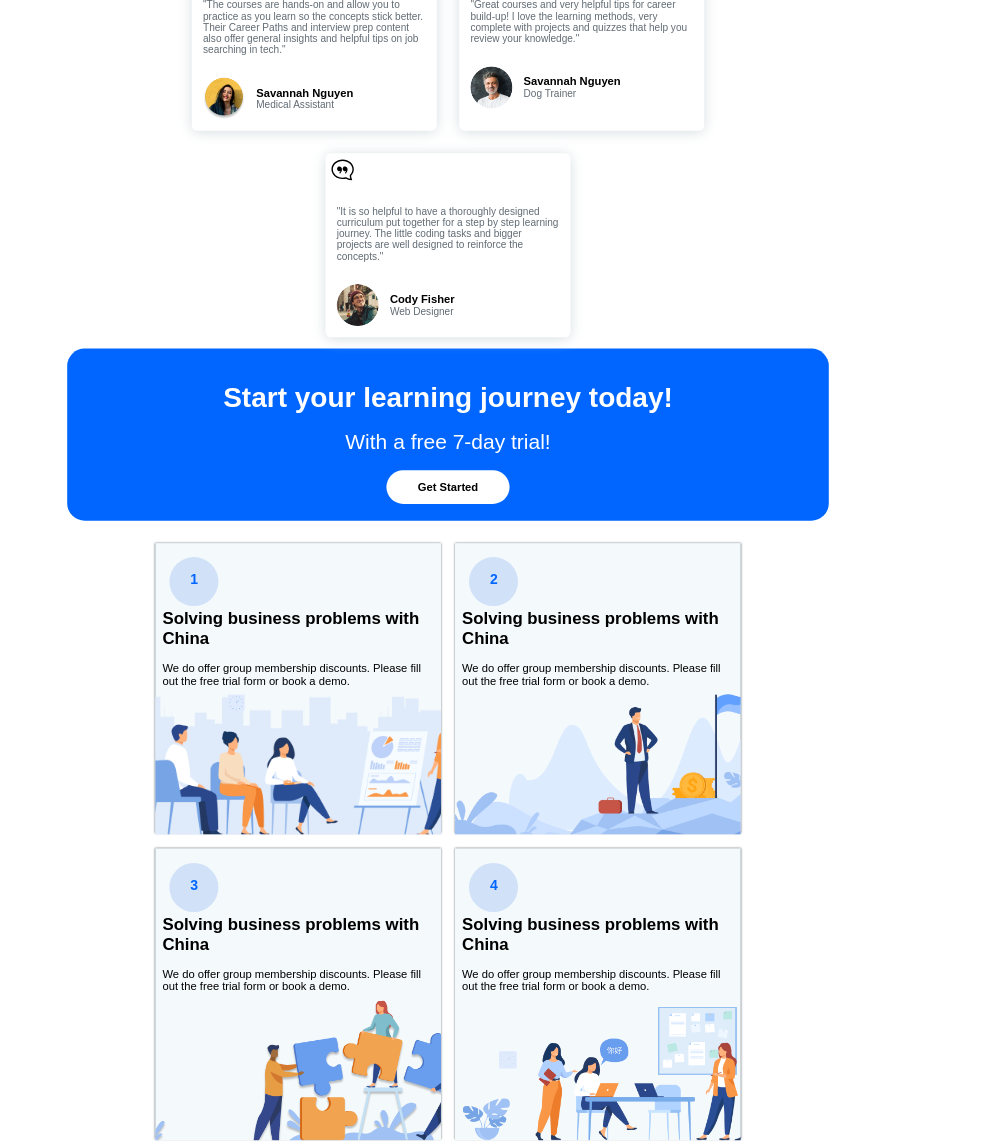
Repository: BinhIT/ChineseLearn
Page: index.html
The author's editor kept a copy of each file at every save. The page is drawn from the files as they stood at one save, then again after the next save.
The browser window is 1280 px wide. The page is 1436 px wide, so the pictures cover 1436 px, including what lies to the right of the window. The pictures show the part of the page from y = 2097 to 3817 px (the page is 3736 px tall before and 3817 px after), at 70% of full size.

Above is the page before, as saved 2023-03-02 07:52:27.
Console error: ReferenceError: $ is not defined

After the next save:
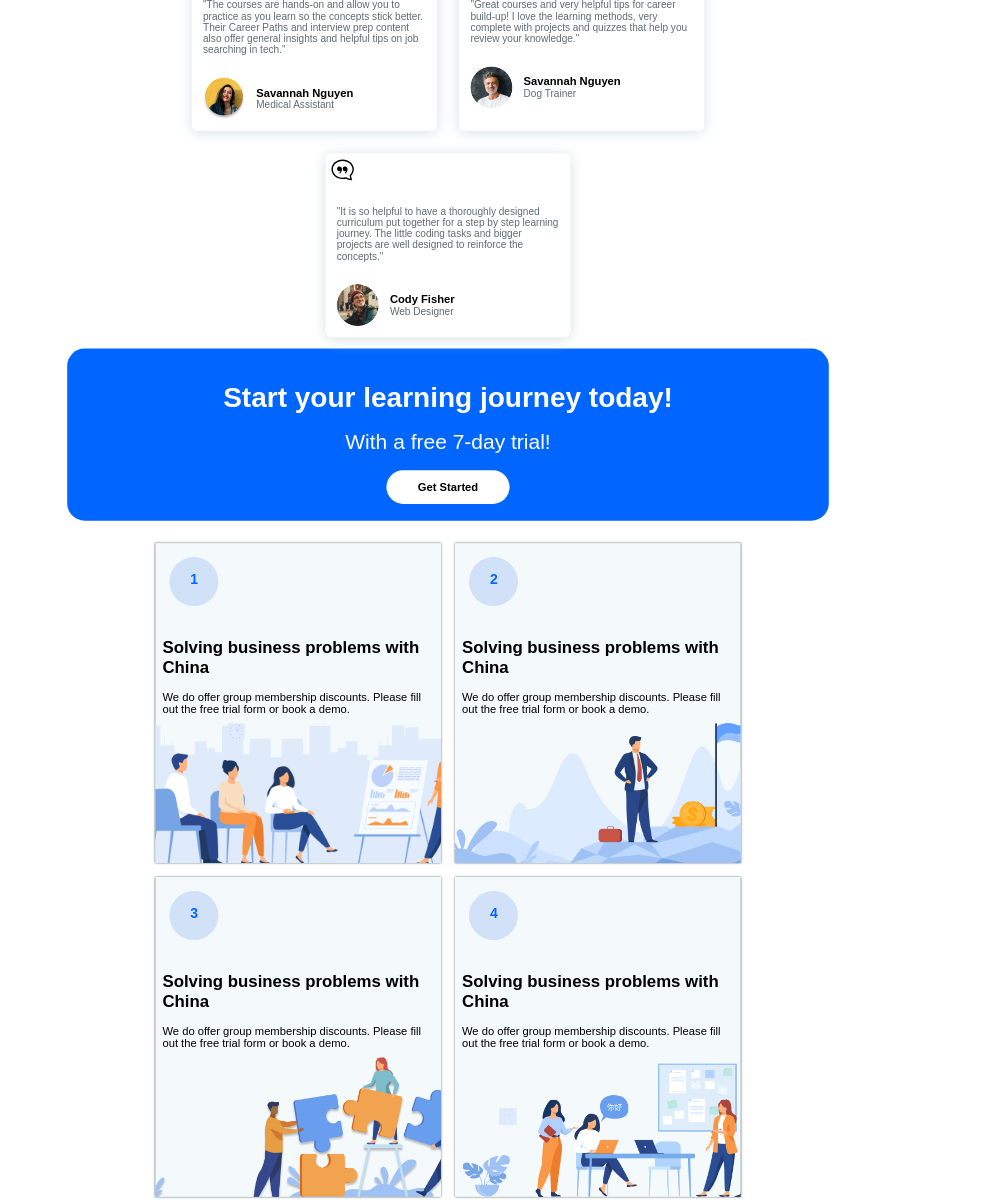
Saved 21 s later.
--- a/css/4step.css
+++ b/css/4step.css
@@ -17,7 +17,7 @@
 }
 
 .card-steps-content {
-    padding-top: 5%;
+    padding-top: 15%;
     flex: 1 0 auto;
     width: 100%;
 
